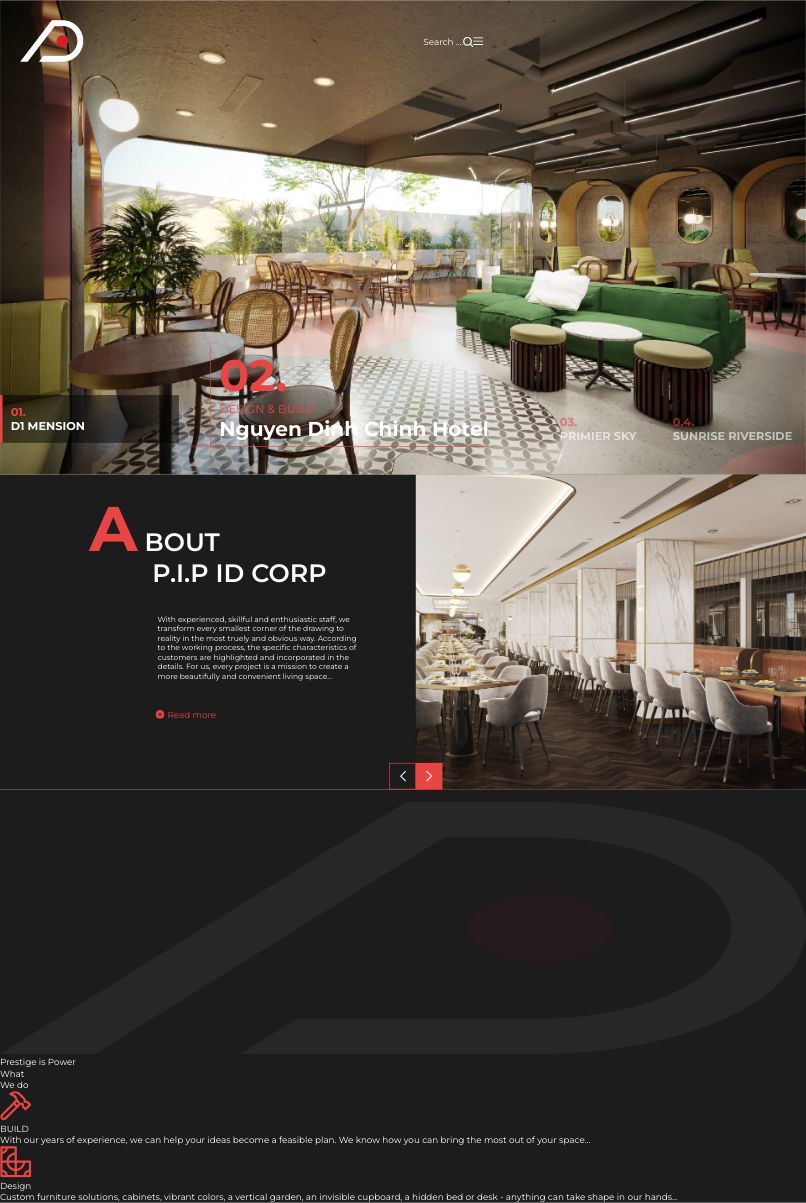
Repository: huudang2840/pipHomePage
Page: index.html
The author's editor kept a copy of each file at every save. The page is drawn from the files as they stood at one save, then again after the next save.
The browser window is 1280 px wide. The pictures show the whole page, at 63% of full size.

Above is the page before, as saved 2023-03-21 14:46:53.

After the next save:
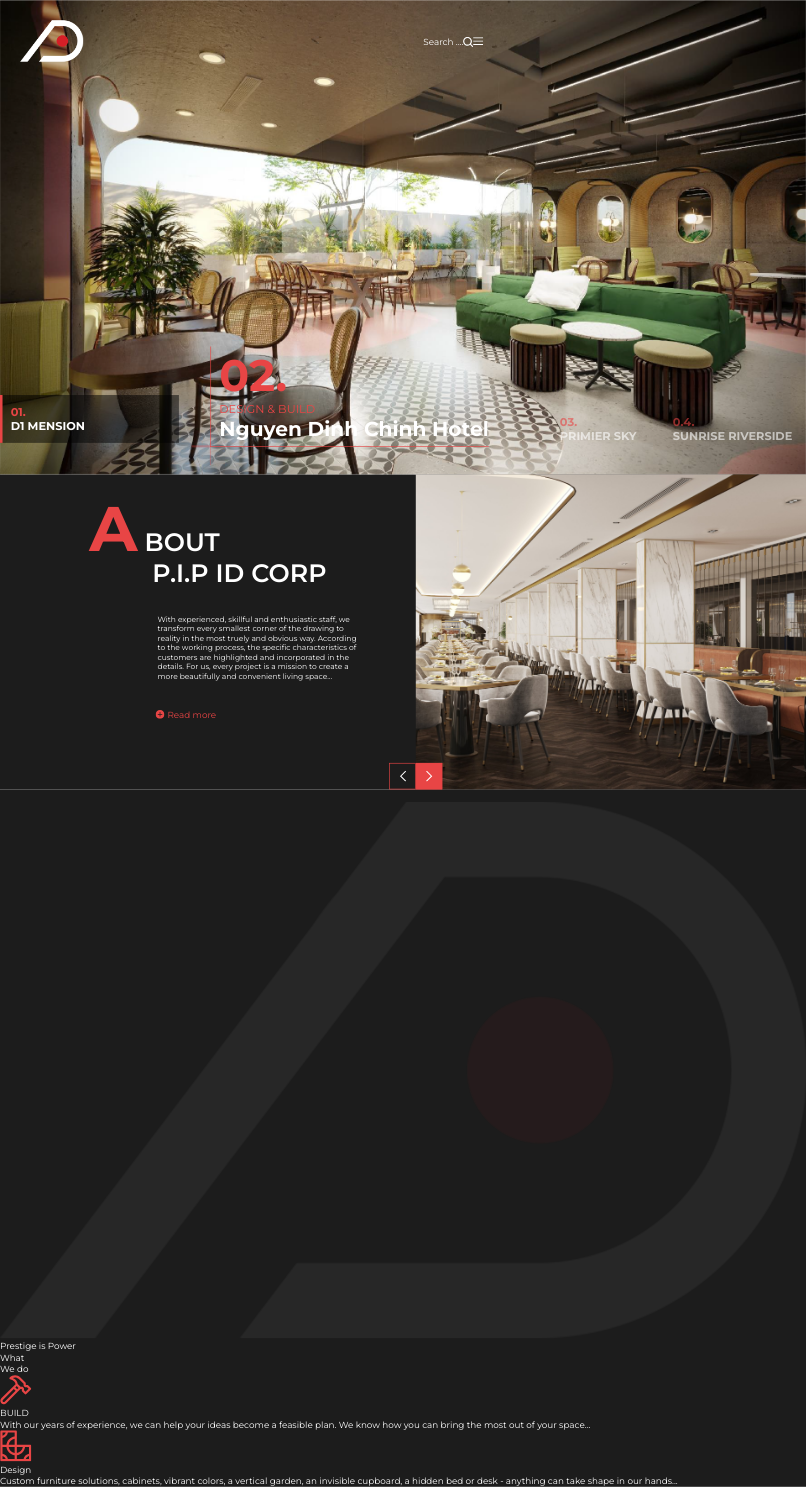
Saved 12 s later.
--- a/style/style.css
+++ b/style/style.css
@@ -243,5 +243,5 @@
 
 .wedo__top__logo img {
   width: 100%;
-  height: 400px;
-}
+  height: 100%;
+}
